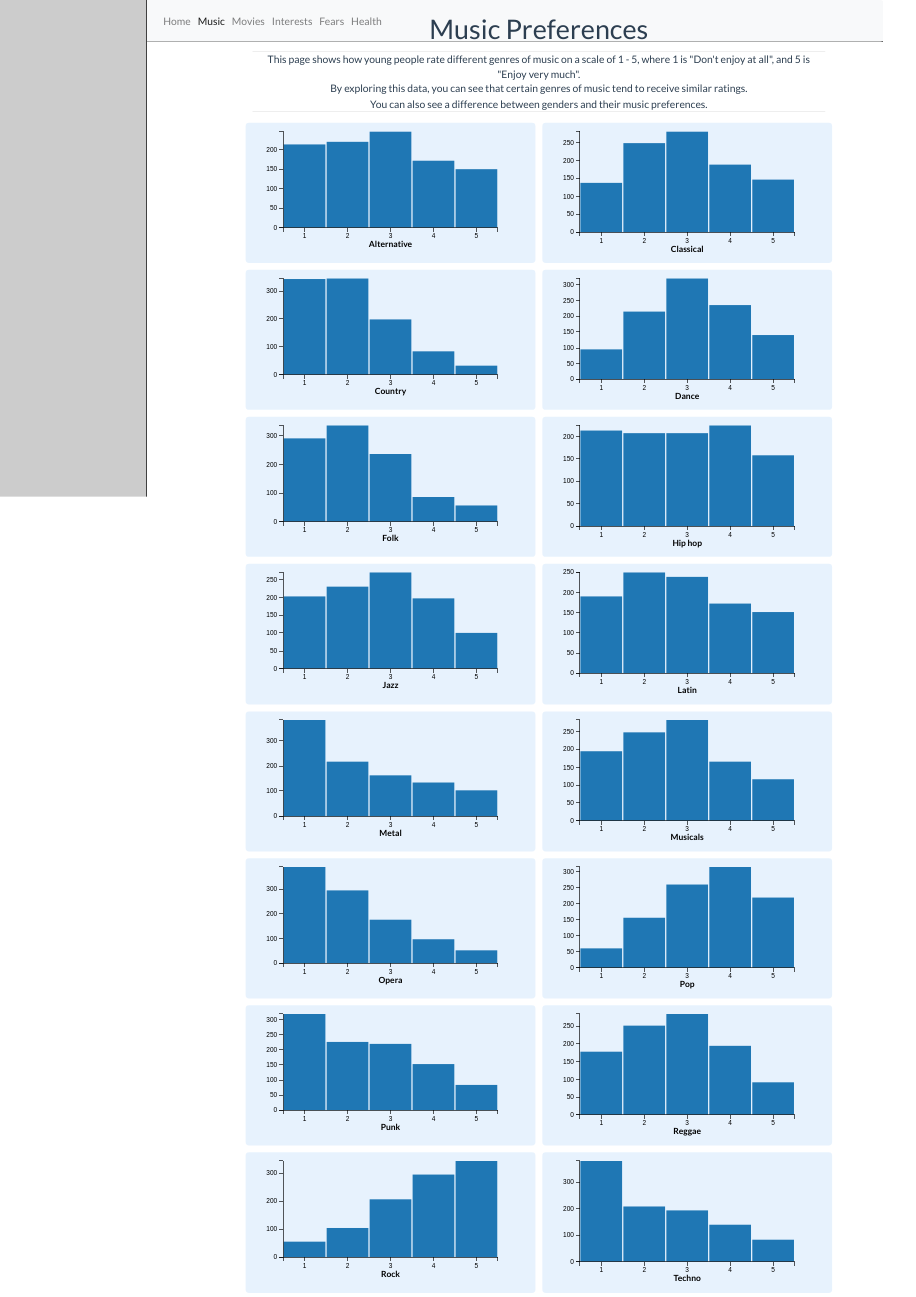
Repository: BrendanMolloy/milestone2
Page: music.html
The author's editor kept a record of every edit. The page is drawn from the files as they stood at one moment, then again after the next edit.
The browser window is 1280 px wide. The page is 1327 px wide, then 1280 px, so the pictures cover 1327 px, including what lies to the right of the window. The pictures show the whole page, at 69% of full size.
Some web libraries are served in a nearby version.

Above is the page before.

### music.html
<!DOCTYPE html>
<html lang="en">

<head>
  <meta charset="UTF-8">
  <meta name="viewport" content="width=device-width, initial-scale=1.0">
  <meta http-equiv="X-UA-Compatible" content="ie=edge">
  <title>Young People</title>

  <link rel="stylesheet" href="https://maxcdn.bootstrapcdn.com/bootstrap/4.0.0/css/bootstrap.min.css" integrity="sha384-Gn5384xqQ1aoWXA+058RXPxPg6fy4IWvTNh0E263XmFcJlSAwiGgFAW/dAiS6JXm" crossorigin="anonymous">

  <link rel="stylesheet" href="css/bootstrap.min.css" type="text/css" />
  <link rel="stylesheet" href="css/dc.min.css" type="text/css" />
  <link rel="stylesheet" href="css/style.css" type="text/css" />

  <script type="text/javascript" src="js/d3.min.js"></script>
  <script type="text/javascript" src="js/crossfilter.min.js"></script>
  <script type="text/javascript" src="js/dc.min.js"></script>
  <script type="text/javascript" src="js/queue.min.js"></script>
  <script type="text/javascript" src="js/music.js"></script>
</head>

<body>
  <!------------------------------- Navbar -------------------------------------->

  <div class="navbar-container">
    <nav class="navbar navbar-expand-lg navbar-light bg-light">
      <a class="navbar-brand" href="#">Young People</a>
      <button class="navbar-toggler" type="button" data-toggle="collapse" data-target="#navbarNav" aria-controls="navbarNav" aria-expanded="false" aria-label="Toggle navigation">
    <span class="navbar-toggler-icon"></span>
  </button>
      <div class="collapse navbar-collapse" id="navbarNav">
        <ul class="navbar-nav">
          <li class="nav-item">
            <a class="nav-link" href="index.html">Home</a>
          </li>
          <li class="nav-item active">
            <a class="nav-link" href="music.html">Music <span class="sr-only">(current)</span></a>
          </li>
          <li class="nav-item">
            <a class="nav-link" href="movies.html">Movies</a>
          </li>
          <li class="nav-item">
            <a class="nav-link" href="interests.html">Interests</a>
          </li>
          <li class="nav-item">
            <a class="nav-link" href="fears.html">Fears</a>
          </li>
          <li class="nav-item">
            <a class="nav-link" href="health.html">Health</a>
          </li>
        </ul>
      </div>
    </nav>
  </div>

  <!------------------------------- Sidebar ------------------------------------->
  <!--  filters/demographics -->
  <div class="row">
    <div class="sidenav col-xs-5 col-sm-5 col-m-5 col-lg-2">
      <div id="age" class="side-graphs"></div>
      <div id="gender-balance" class="side-graphs"></div>
      <div id="city-village" class="side-graphs"></div>
      <div id="handedness" class="side-graphs"></div>
    </div>

    <!-------------------------------- Music ------------------------------------->
    <div class="main col-xs-7 col-sm-7 col-m-7 col-lg-10">
      <h1>Music Preferences</h1>
      <p>This page shows how young people rate different genres of music on a scale of 1 - 5, where 1 is "Don't enjoy at all", and 5 is "Enjoy very much".
        <br> By exploring this data, you can see that certain genres of music tend to receive similar ratings.
        <br> You can also see a difference between genders and their music preferences.</p>
      <div class="row">
        <div id="alternative" class="col-sm-12 col-m-6 col-lg-6 badge"></div>
        <div id="classical" class="col-sm-12 col-m-6 col-lg-6 badge"></div>
        <div id="country" class="col-sm-12 col-m-6 col-lg-6 badge"></div>
        <div id="dance" class="col-sm-12 col-m-6 col-lg-6 badge"></div>
        <div id="folk" class="col-sm-12 col-m-6 col-lg-6 badge"></div>
        <div id="hiphop" class="col-sm-12 col-m-6 col-lg-6 badge"></div>
        <div id="jazz" class="col-sm-12 col-m-6 col-lg-6 badge"></div>
        <div id="latin" class="col-sm-12 col-m-6 col-lg-6 badge"></div>
        <div id="metal" class="col-sm-12 col-m-6 col-lg-6 badge"></div>
        <div id="musicals" class="col-sm-12 col-m-6 col-lg-6 badge"></div>
        <div id="opera" class="col-sm-12 col-m-6 col-lg-6 badge"></div>
        <div id="pop" class="col-sm-12 col-m-6 col-lg-6 badge"></div>
        <div id="punk" class="col-sm-12 col-m-6 col-lg-6 badge"></div>
        <div id="reggae" class="col-sm-12 col-m-6 col-lg-6 badge"></div>
        <div id="rock" class="col-sm-12 col-m-6 col-lg-6 badge"></div>
        <div id="techno" class="col-sm-12 col-m-6 col-lg-6 badge"></div>
      </div>
    </div>
  </div>

  <script src="https://code.jquery.com/jquery-3.2.1.slim.min.js" integrity="sha384-KJ3o2DKtIkvYIK3UENzmM7KCkRr/rE9/Qpg6aAZGJwFDMVNA/GpGFF93hXpG5KkN" crossorigin="anonymous"></script>
  <script src="https://cdnjs.cloudflare.com/ajax/libs/popper.js/1.12.9/umd/popper.min.js" integrity="sha384-ApNbgh9B+Y1QKtv3Rn7W3mgPxhU9K/ScQsAP7hUibX39j7fakFPskvXusvfa0b4Q" crossorigin="anonymous"></script>
  <script src="https://maxcdn.bootstrapcdn.com/bootstrap/4.0.0/js/bootstrap.min.js" integrity="sha384-JZR6Spejh4U02d8jOt6vLEHfe/JQGiRRSQQxSfFWpi1MquVdAyjUar5+76PVCmYl" crossorigin="anonymous"></script>


</body>

</html>

### css/style.css
.section {
  text-align: center;
  padding: 0px;
}

p{
  border-top: 1px solid #e6e6e6 ;
  border-bottom: 1px solid #e6e6e6;
}

.landing p {
  background: rgba(231, 242, 253, 0.7);
    -webkit-animation: fadein 3s; /* Safari, Chrome and Opera > 12.1 */
       -moz-animation: fadein 3s; /* Firefox < 16 */
        -ms-animation: fadein 3s; /* Internet Explorer */
         -o-animation: fadein 3s; /* Opera < 12.1 */
            animation: fadein 3s;
}


.row {
  text-align: center;
}

.navbar-container {
    position: fixed;
    width: 100vw;
    border-bottom: 1px solid #000;

}

.navbar {
  z-index: 2;
  padding:0;
  padding-left:5%;
  padding-right:5%;
  margin:0;
}


.landing {
  text-align: center;
  padding-top: 60px;
  padding-right: 15%;
  padding-left: 15%;
  background: url("../images/young-people.jpg") no-repeat fixed center;
  height: 100vh;
  background-size: cover;
}

.landing-graphs {
  position: relative;
  height: 0;
  width: 100%;
  padding: 5%;
  padding-bottom: 25%;
  background: rgba(231, 242, 253, 0.9);
}

.sidenav {
  height: 100%;
  /*Full-height: remove this if you want "auto" height */
  /*width: 450px;  Set the width of the sidebar */
  position: fixed;
  /* Fixed Sidebar (stay in place on scroll) */
  z-index: 1;
  /* Stay on top */
  top: 0;
  /* Stay at the top */
  left: 0;
  background-color: #CCCCCC;
  /* Light Grey */
  overflow-x: hidden;
  /* Disable horizontal scroll */
  padding: 0;
  padding-top: 60px;
  border-right: 1px solid #000;
}

.main {
  margin-left: 250px;
  /*Same as the width of the sidebar */
  max-width: 100vw;
  padding-left: 10%;
  padding-right: 10%;
  /*padding-top: 60px; */
}

.badge {
  background-color: #E7F2FD;
  border: 5px solid #fff;
}


#music-enjoyment {
  padding: 0;
}

.side-graphs {
  text-align: center;
  width: 100%;
  padding: 20px;
}

.side-graphs#age {
  padding: 0;
}

### js/music.js
/* global queue */
/* global d3 */
/* global crossfilter */
/* global dc */

queue()
    .defer(d3.csv, "data/young-people.csv")
    .await(makeGraphs);

function makeGraphs(error, ypData){
    var ndx = crossfilter(ypData);

    // demographics //
    show_dropdown(ndx, 'Age', "#age-filter");
    show_dropdown(ndx, 'Gender', "#gender-filter");
    show_dropdown(ndx, 'Village - town', "#city-village-filter");
    show_dropdown(ndx, 'Left - right handed', "#handedness-filter")

    // music //
    /*show_enjoyment(ndx, 'Music', "#music-enjoyment", "I enjoy listening to music");*/
    show_bar_chart(ndx, 'Alternative', "#alternative", "Alternative");
    show_bar_chart(ndx, 'Classical music', "#classical", "Classical");
    show_bar_chart(ndx, 'Country', "#country", "Country");
    show_bar_chart(ndx, 'Dance', "#dance", "Dance");
    show_bar_chart(ndx, 'Folk', "#folk", "Folk");
    show_bar_chart(ndx, 'Hiphop, Rap', "#hiphop", "Hip hop");
    show_bar_chart(ndx, 'Swing, Jazz', "#jazz", "Jazz");
    show_bar_chart(ndx, 'Latino', "#latin", "Latin");
    show_bar_chart(ndx, 'Metal or Hardrock', "#metal", "Metal");
    show_bar_chart(ndx, 'Musical', "#musicals", "Musicals");
    show_bar_chart(ndx, 'Opera', "#opera", "Opera");
    show_bar_chart(ndx, 'Pop', "#pop", "Pop");
    show_bar_chart(ndx, 'Punk', "#punk", "Punk");
    show_bar_chart(ndx, 'Reggae, Ska', "#reggae", "Reggae");
    show_bar_chart(ndx, 'Rock', "#rock", "Rock");
    show_bar_chart(ndx, 'Techno, Trance', "#techno", "Techno");

    dc.utils.printSingleValue.fformat = d3.format('.0f');

    dc.renderAll();
}

function remove_empty_bins(source_group) { //eliminates empty or null values from the dataset, so graphs can render unimpeded//
    return {
        all:function () {
            return source_group.all().filter(function(d) {
                //return Math.abs(d.value) > 0.00001; // if using floating-point numbers
                return d.key !== ""; // if integers only
            });
        }
    };
}



//---------------------- Demographics Graphs ---------------------------------//

function show_pie_chart(ndx, dimensionLabel, id){
    var dim = ndx.dimension(dc.pluck(dimensionLabel));
    var group = dim.group();
    var filtered_group = remove_empty_bins(group)

    dc.pieChart(id)
        .useViewBoxResizing(true)
        .externalRadiusPadding(10)
        .innerRadius(0)
        .dimension(dim)
        .group(filtered_group)
        .legend(dc.legend())
        .on('pretransition', function(chart) {
        chart.selectAll('text.pie-slice').text(function(d) {
            return d.data.key + ' ' + dc.utils.printSingleValue((d.endAngle - d.startAngle) / (2*Math.PI) * 100) + '%';
        })
    })
}

function show_age_range(ndx){
    var dim = ndx.dimension(dc.pluck('Age'));
    var group = dim.group();
    var filtered_group = remove_empty_bins(group)

    dc.barChart("#age")
        .useViewBoxResizing(true)
        .dimension(dim)
        .group(filtered_group)
        .transitionDuration(500)
        .x(d3.scale.ordinal())
        .xUnits(dc.units.ordinal)
        .elasticY(true)
        .xAxisLabel("Age")
        .yAxis().ticks(10);
}

function show_dropdown(ndx, dimensionLabel, id) {
    var dim = ndx.dimension(dc.pluck(dimensionLabel));
    var group = dim.group();

    dc.selectMenu(id)
        .dimension(dim)
        .group(group);
}

//---------------------------- Main Graphs ----------------------------------//

function show_enjoyment(ndx, dimensionLabel, id, xlabel){
    var dim = ndx.dimension(dc.pluck(dimensionLabel));
    var group = dim.group();
    var filtered_group = remove_empty_bins(group)

    dc.barChart(id)
        .width(400)
        .height(300)
        .margins({top:10, right:50, bottom:30, left:50})
        .dimension(dim)
        .group(filtered_group)
        .transitionDuration(500)
        .x(d3.scale.ordinal())
        .xUnits(dc.units.ordinal)
        .elasticY(true)
        .xAxisLabel(xlabel)
        .yAxis().ticks(10);
}

function show_bar_chart(ndx, dimensionLabel, id, xlabel){
    var dim = ndx.dimension(dc.pluck(dimensionLabel)); //selects column from dataset
    var group = dim.group();
    var filtered_group = remove_empty_bins(group)
    /*var w = 240; //adjust graph dimensions
    var h = 180; */

    dc.barChart(id)
        /*.width(w)
        .height(h) */
        .useViewBoxResizing(true)
        .margins({top:10, right:50, bottom:30, left:50})
        .dimension(dim)
        .group(filtered_group)
        .transitionDuration(500)
        .x(d3.scale.ordinal())
        .xUnits(dc.units.ordinal)
        .elasticY(true)
        .xAxisLabel(xlabel)
        .yAxis().ticks(5);
}

Loaded but not shown: css/bootstrap.min.css (library); css/dc.min.css (library); js/d3.min.js (library); js/crossfilter.min.js (library); js/dc.min.js (library); js/queue.min.js (common file)

After the next edit:
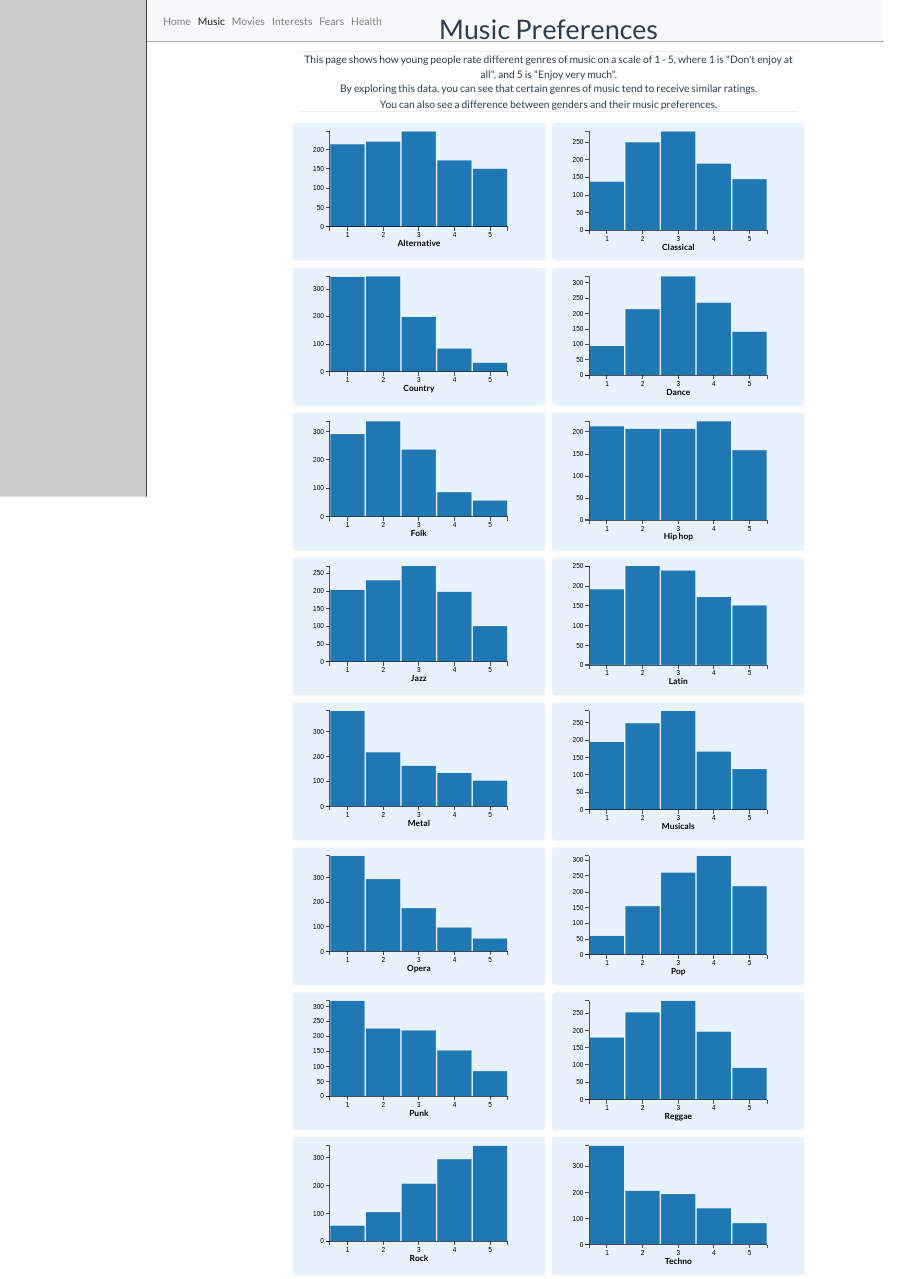
The edit:
--- a/music.html
+++ b/music.html
@@ -56,7 +56,8 @@
 
   <!------------------------------- Sidebar ------------------------------------->
   <!--  filters/demographics -->
-  <div class="row">
+  <div class="container">
+    <div class="row">
     <div class="sidenav col-xs-5 col-sm-5 col-m-5 col-lg-2">
       <div id="age" class="side-graphs"></div>
       <div id="gender-balance" class="side-graphs"></div>
